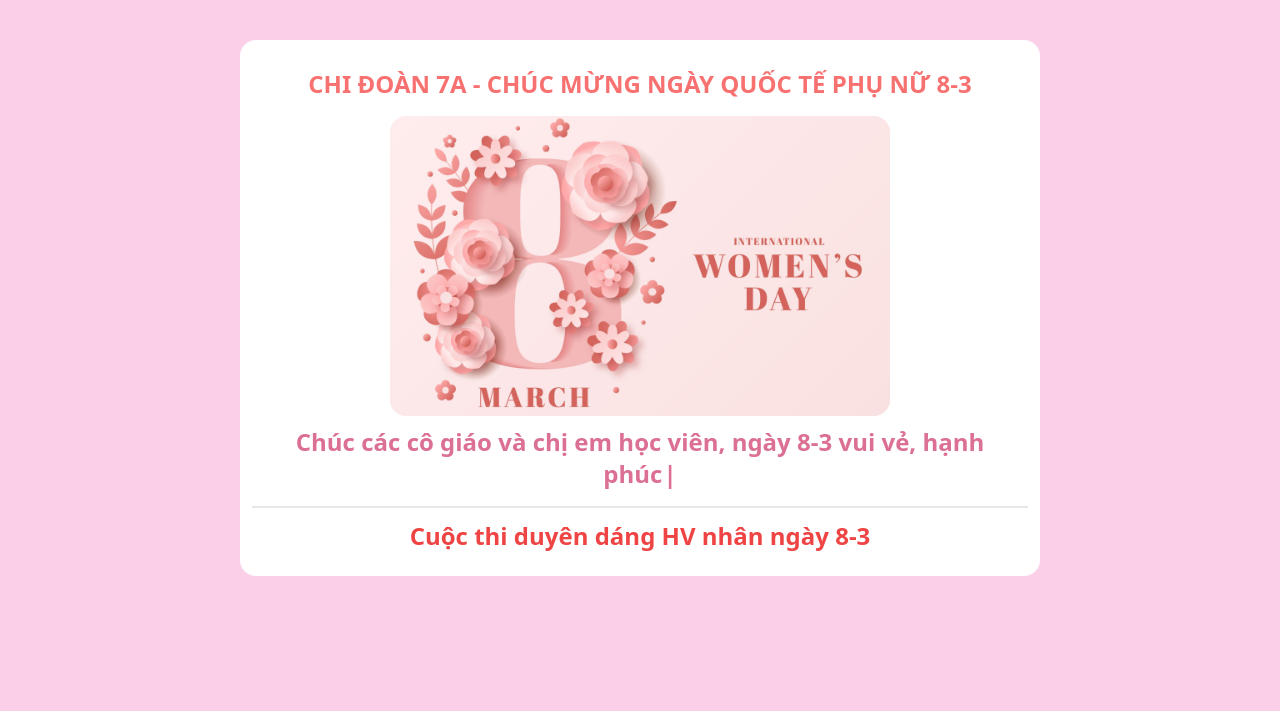
Repository: hoang0508/web-837A
Page: /
These files come from the project's save history. The page is drawn as it stood at one moment and after the next save; the edit follows.
The browser window is 1280 px wide. The pictures show the whole page.
Some web fonts or font styles are not loaded; a fallback is used. The project was rebuilt for these pictures with package versions that can differ from the ones it lists, and the page was loaded fresh each time. Also part of the build but not shown: vite.config.js.

Above is the page before, as saved 2025-02-28 19:16:39.

### index.html
<!DOCTYPE html>
<html lang="en">
  <head>
    <meta charset="UTF-8" />
    <link rel="icon" type="image/svg+xml" href="/vite.svg" />
    <meta name="viewport" content="width=device-width, initial-scale=1.0" />
    <link rel="preconnect" href="https://fonts.googleapis.com" />
    <link rel="preconnect" href="https://fonts.gstatic.com" crossorigin />
    <link
      href="https://fonts.googleapis.com/css2?family=Bai+Jamjuree:ital,wght@0,200;0,300;0,400;0,500;0,600;0,700;1,200;1,300;1,400;1,500;1,600;1,700&family=Montserrat:ital,wght@0,100..900;1,100..900&display=swap"
      rel="stylesheet"
    />
    <title>Vite + React</title>
  </head>
  <body>
    <div id="root"></div>
    <script type="module" src="/src/main.jsx"></script>
  </body>
</html>

### src/index.css
@import url("https://fonts.googleapis.com/css2?family=Bai+Jamjuree:ital,wght@0,200;0,300;0,400;0,500;0,600;0,700;1,200;1,300;1,400;1,500;1,600;1,700&family=Montserrat:ital,wght@0,100..900;1,100..900&display=swap");
@tailwind base;
@tailwind components;
@tailwind utilities;
*,
*:before,
*:after {
  box-sizing: border-box;
}

img,
picture,
svg,
video {
  display: block;
  max-width: 100%;
}
input,
select,
textarea {
  background-color: transparent;
  outline: none;
}
button {
  cursor: pointer;
  background-color: transparent;
  outline: none;
  border: 0;
}
body {
  min-height: 100vh;
  font-weight: 400;
  font-size: 16px;
  line-height: 1;
}

.Typewriter {
  margin: 10px;
  color: palevioletred;
  text-align: center;
  height: 70px;
}

### src/App.jsx
import { useState } from "react";
import reactLogo from "./assets/react.svg";
import anh83 from "./assets/anh832.png";
import Typewriter from "typewriter-effect";

import "./index.css";

function App() {
  const [count, setCount] = useState(0);

  return (
    <>
      <div className="text-2xl font-bold  bg-pink-200 min-h-screen p-10">
        <div className="bg-white shadow-3xl p-3 w-[800px]  my-0 mx-auto rounded-2xl">
          <h1 className="text-center text-red-400 p-4 uppercase">
            Chi đoàn 7A - CHÚC MỪNG NGÀY QUỐC TẾ PHỤ NỮ 8-3
          </h1>
          <div className="mx-auto w-[500px] h-[300px]">
            <img
              src={anh83}
              alt="##"
              className="w-full h-full object-cover rounded-2xl"
            />
          </div>
          <div className="border-b-2 border-gray-200">
            <Typewriter
              options={{
                strings: [
                  `${"Chúc các cô giáo và chị em học viên, ngày 8-3 vui vẻ, hạnh phúc, luôn mạnh khỏe và thành công! 🌸💐❤️❤️❤️💰"}`,
                ],
                delay: 75,
                autoStart: true,
                loop: true,
              }}
            />
          </div>
          <div className="my-3">
            <h3 className="text-center font-bold text-red-500">
              Cuộc thi duyên dáng HV nhân ngày 8-3
            </h3>
          </div>
        </div>
      </div>
    </>
  );
}

export default App;

### tailwind.config.js
/** @type {import('tailwindcss').Config} */
export default {
  content: ["./index.html", "./src/**/*.{js,ts,jsx,tsx}"],
  theme: {
    extend: {
      keyframes: {
        typing: {
          "0%": {
            width: "0%",
            visibility: "hidden",
          },
          "100%": {
            width: "100%",
          },
        },
        blink: {
          "50%": {
            borderColor: "transparent",
          },
          "100%": {
            borderColor: "white",
          },
        },
      },
      animation: {
        typing: "typing 5s steps(40) infinite alternate, blink .10s infinite",
      },
    },
  },
  plugins: [],
};

Loaded but not shown: src/main.jsx (common file)

After the next save:
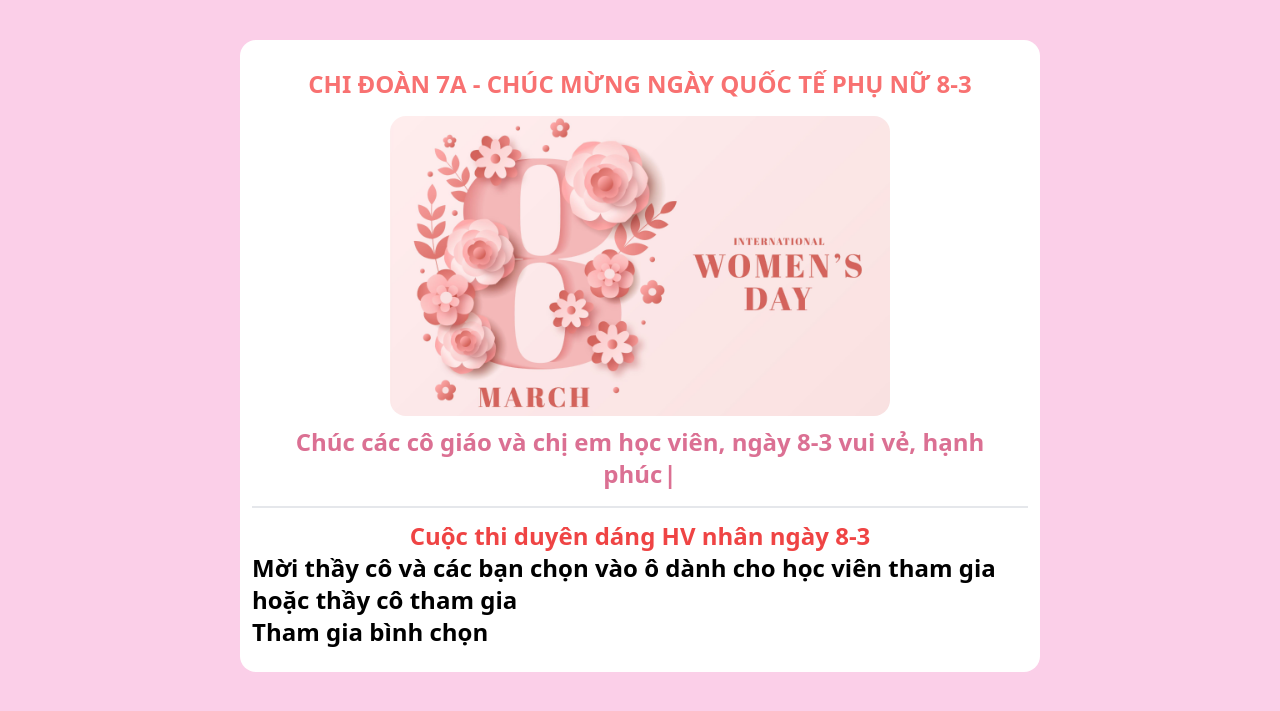
Saved 5 min 22 s later.
--- a/src/App.jsx
+++ b/src/App.jsx
@@ -38,6 +38,11 @@ function App() {
             <h3 className="text-center font-bold text-red-500">
               Cuộc thi duyên dáng HV nhân ngày 8-3
             </h3>
+            <p>
+              Mời thầy cô và các bạn chọn vào ô dành cho học viên tham gia hoặc
+              thầy cô tham gia
+            </p>
+            <button>Tham gia bình chọn</button>
           </div>
         </div>
       </div>
